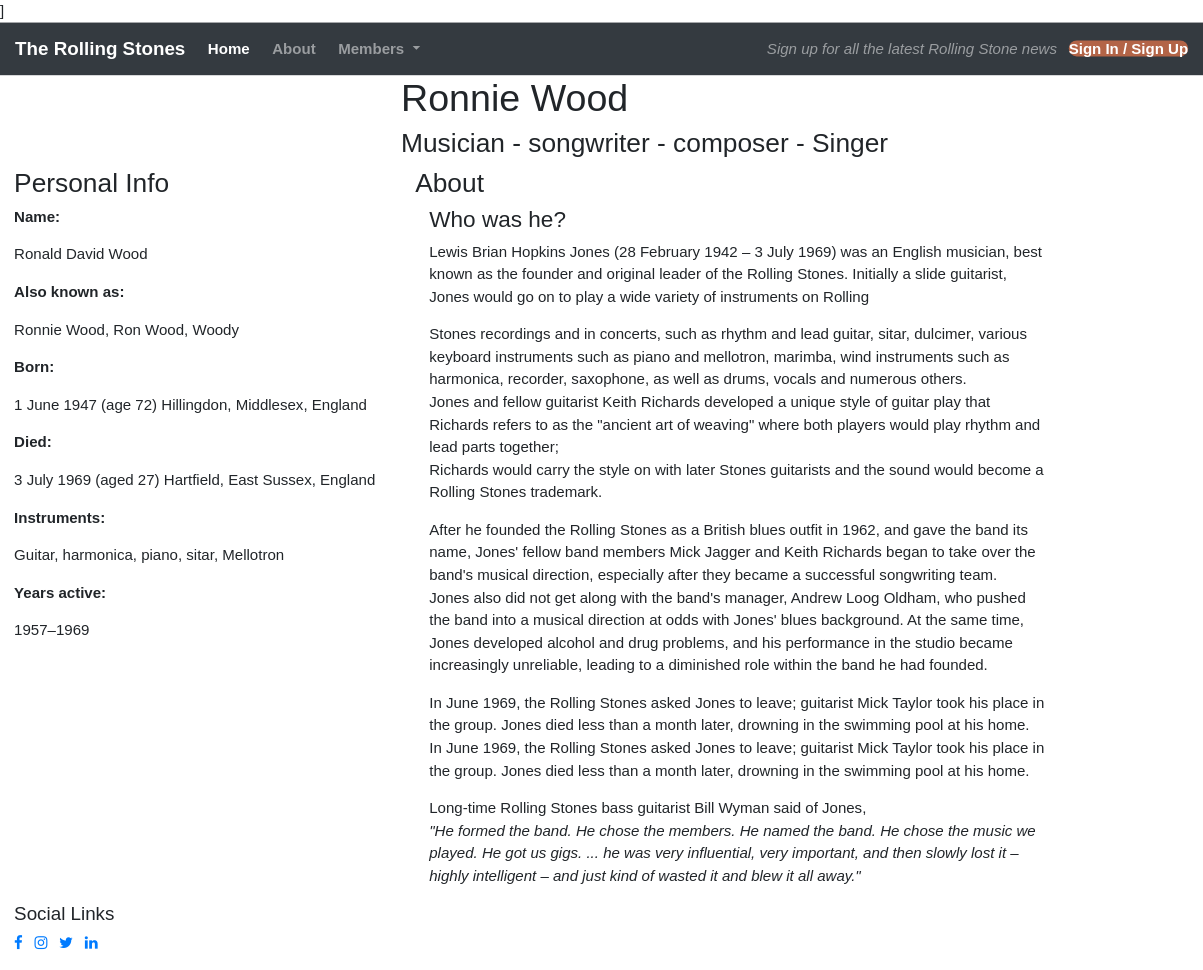
Repository: TecDruid/rolling-stones-fan-site
Page: ronnie-wood.html
The author's editor kept a record of every edit. The page is drawn from the files as they stood at one moment, then again after the next edit.
The browser window is 1280 px wide. The pictures show the whole page, at 94% of full size.
Some web fonts or font styles are not loaded; a fallback is used. Some web libraries are served in a nearby version.

Above is the page before.

### ronnie-wood.html
<!DOCTYPE html>
<html lang="en">

<head>
    <meta charset="utf-8">
    <meta name="viewport" content="width=device-width, initial-scale=1.0">
    <link rel="stylesheet" href="https://maxcdn.bootstrapcdn.com/bootstrap/4.1.3/css/bootstrap.min.css">
    <link rel="stylesheet" href="https://use.fontawesome.com/releases/v5.6.1/css/all.css" integrity="sha384-gfdkjb5BdAXd+lj+gudLWI+BXq4IuLW5IT+brZEZsLFm++aCMlF1V92rMkPaX4PP" crossorigin="anonymous">
    <link rel="stylesheet" href="https://stackpath.bootstrapcdn.com/font-awesome/4.7.0/css/font-awesome.min.css" type="text/css" />
    <link href="https://fonts.googleapis.com/css?family=Stylish" rel="stylesheet">
    <link rel="stylesheet" href="css/style.css" type="text/css" />
    <title>Ronnie Wood</title>
</head>

<body>

    <!----------------------------------------Nav--------------------------------------------->]


    <div class="nav-container"></div>
    <nav class="navbar navbar-dark navbar-expand-sm bg-dark">
        <a href="/" class="navbar-brand">
                    The Rolling Stones</a>

        <button class="navbar-toggler ml-auto" type="button" data-toggle="collapse" data-target="#navbarNavDropdown" aria-controls="navbarNavDropdown" aria-expanded="false" aria-label="Toggle navigation">
        <span class="navbar-toggler-icon"></span></button>

        <div class="collapse navbar-collapse" id="navbarNavDropdown">
            <ul class="navbar-nav mr-auto">
                <li class="active nav-item mr-2"><a class="nav-link" href="/">Home</a></li>
                <li class="nav-item mr-2"><a class="nav-link" href="">About</a></li>
                <li class="nav-item dropdown">
                    <a class="nav-link dropdown-toggle" href="#" id="navbarDropdownMenuLink" role="button" data-toggle="dropdown" aria-haspopup="true" aria-expanded="false">
          Members
        </a>
                    <div class="dropdown-menu" aria-labelledby="navbarDropdownMenuLink">
                        <a class="dropdown-item" href="members/brian-jones.html">Brian Jones</a>
                        <a class="dropdown-item" href="members/mick-jagger.html">Mick Jagger</a>
                        <a class="dropdown-item" href="members/keith-richards.html">Keith Richards</a>
                        <a class="dropdown-item" href="members/bill-wyman.html">Bill Wyman</a>
                        <a class="dropdown-item" href="members/charlie-watts.html">Charlie Watts</a>
                        <a class="dropdown-item" href="members/ronnie-wood.html">Ronnie Wood</a>
                        <a class="dropdown-item" href="members/ian-stewart.html">Ian Stewart</a>
                        <a class="dropdown-item" href="members/mike-taylor.html">Mick Taylor</a>
                    </div>
                </li>

                <li class="nav-item mr-2 d-block d-sm-none"><a class="nav-link" href="">Sign In / Sign Up</a></li>
            </ul>
        </div>
        <div class="d-none d-md-block">
            <p class="navbar-text my-auto mr-2"><i>Sign up for all the latest Rolling Stone news</i></p>
            <a href="/login " class="btn--cta btn--brown">Sign In / Sign Up</a>
        </div>
    </nav>

    <!-- -------------------------- The Header ---------------------------- -->

    <header>
        <div class="row no-gutters">
            <a class="col-md-4 logo" href="index.html"></a>
            <div class="col-md-8">
                <div class="row no-gutters bg-color-name-title">
                    <div class="col heading">
                        <h1 class="name">Ronnie Wood</h1>
                        <h3 class="title"> Musician - songwriter - composer - Singer</h3>
                    </div>
                </div>
            </div>
        </div>
    </header>

    <!-- -------------------------- The Section ---------------------------- -->

    <section class="container-fluid">
        <div class="row">
            <div class="col-md-4 bg-colour-personal-info section-column">
                <div class="row">
                    <div class="col-12">
                        <h3 class="section-heading uppercase">Personal Info</h3>
                    </div>
                </div>
                <div class="personal-info-item">
                    <div class="key">
                        <p class="uppercase">
                            <strong>Name:</strong>
                        </p>
                    </div>
                    <div class="value">
                        <p>
                            Ronald David Wood
                        </p>
                    </div>
                </div>
                <div class="personal-info-item">
                    <div class="key">
                        <p class="uppercase">
                            <strong>Also known as:</strong>
                        </p>
                    </div>
                    <div class="value">
                        <p>
                            Ronnie Wood, Ron Wood, Woody
                        </p>
                    </div>
                </div>
                <div class="personal-info-item">
                    <div class="key">
                        <p class="uppercase">
                            <strong>Born:</strong>
                        </p>
                    </div>
                    <div class="value">
                        <p>
                            1 June 1947 (age 72) Hillingdon, Middlesex, England
                        </p>
                    </div>
                </div>
                <div class="personal-info-item">
                    <div class="key">
                        <p class="uppercase">
                            <strong>Died:</strong>
                        </p>
                    </div>
                    <div class="value">
                        <p>
                            3 July 1969 (aged 27) Hartfield, East Sussex, England
                        </p>
                    </div>
                </div>
                <div class="personal-info-item">
                    <div class="key">
                        <p class="uppercase">
                            <strong>Instruments:</strong>
                        </p>
                    </div>
                    <div class="value">
                        <p>
                            Guitar, harmonica, piano, sitar, Mellotron
                        </p>
                    </div>
                </div>
                <div class="personal-info-item">
                    <div class="key">
                        <p class="uppercase">
                            <strong> Years active:</strong>
                        </p>
                    </div>
                    <div class="value">
                        <p>
                            1957–1969
                        </p>
                    </div>
                </div>
            </div>

            <div class="col-md-8 bg-colour-three-reasons section-column">
                <div class="row">
                    <div class="col">
                        <h3 class="section-heading uppercase">About</h3>
                    </div>
                </div>
                <!-- <div class="row">
                    <div class="col-10 offset-1 offset-sm-0 col-sm-4 col-md-6">
                        <div class="row">
                            <div class="col-2">
                                <i class="three-reasons-icon fa fa-question" aria-hidden="true"></i>
                            </div> -->
                <div class="col-10">
                    <h4 class="three-reasons-heading uppercase">Who was he?</h4>
                    <p>
                        Lewis Brian Hopkins Jones (28 February 1942 – 3 July 1969) was an English musician, best known as the founder and original leader of the Rolling Stones. Initially a slide guitarist, Jones would go on to play a wide variety of instruments on Rolling
                    </p>

                    <p>
                        Stones recordings and in concerts, such as rhythm and lead guitar, sitar, dulcimer, various keyboard instruments such as piano and mellotron, marimba, wind instruments such as harmonica, recorder, saxophone, as well as drums, vocals and numerous others.<br/>                        Jones and fellow guitarist Keith Richards developed a unique style of guitar play that Richards refers to as the "ancient art of weaving" where both players would play rhythm and lead parts together;<br/> Richards would carry the
                        style on with later Stones guitarists and the sound would become a Rolling Stones trademark.
                    </p>
                    <p>
                        After he founded the Rolling Stones as a British blues outfit in 1962, and gave the band its name, Jones' fellow band members Mick Jagger and Keith Richards began to take over the band's musical direction, especially after they became a successful songwriting
                        team.
                        <br/> Jones also did not get along with the band's manager, Andrew Loog Oldham, who pushed the band into a musical direction at odds with Jones' blues background. At the same time, Jones developed alcohol and drug problems, and
                        his performance in the studio became increasingly unreliable, leading to a diminished role within the band he had founded.
                    </p>
                    <p>
                        In June 1969, the Rolling Stones asked Jones to leave; guitarist Mick Taylor took his place in the group. Jones died less than a month later, drowning in the swimming pool at his home. In June 1969, the Rolling Stones asked Jones to leave; guitarist Mick
                        Taylor took his place in the group. Jones died less than a month later, drowning in the swimming pool at his home.
                    </p>
                    <p>Long-time Rolling Stones bass guitarist Bill Wyman said of Jones, <br/><i>"He formed the band. He chose the members. He named the band. He chose the music we played. He got us gigs. ... he was very influential, very important, and then slowly
                        lost it – highly intelligent – and just kind of wasted it and blew it all away."</i>
                    </p>
                </div>
            </div>
        </div>

        </div>
        </div>
        </div>

    </section>

    <!-- -------------------------- The Footer ---------------------------- -->

    <footer class="container-fluid">
        <div id="footer-details" class="row">
            <div class="col-sm-4">
                <h5 class="uppercase general-sub">Social Links</h5>

                <ul class="list-inline social-links">
                    <li class="list-inline-item">
                        <a target="_blank" href="#">
                            <i class="fa fa-facebook" aria-hidden="true"></i>
                            <span class="sr-only">Facebook</span>
                        </a>
                    </li>
                    <li class="list-inline-item">
                        <a target="_blank" href="#">
                            <i class="fa fa-instagram" aria-hidden="true"></i>
                            <span class="sr-only">Instagram</span>
                            </a>
                    </li>

                    <li class="list-inline-item">
                        <a target="_blank" href="#">
                            <i class="fa fa-twitter" aria-hidden="true"></i>
                            <span class="sr-only">Twitter</span>
                            </a>
                    </li>
                    <li class="list-inline-item">
                        <a target="_blank" href="#">
                            <i class="fa fa-linkedin" aria-hidden="true"></i>
                            <span class="sr-only">LinkedIn</span>
                        </a>
                    </li>
                </ul>

            </div>
        </div>
    </footer>
</body>

</html>

### css/style.css
body {
    font-family: 'Stylish', sans-serif;
}

/* Containers */

.nav-container {
    position: absolute;
    top: 0;
    right: 0;
    margin-left: 0;
    margin-right: 0;
    z-index: 1;

}

.navbar .navbar-brand {
    font-weight: bold;
}

.navbar .navbar-nav a {
    font-weight: bold;
}

.navbar-toggler {
    border-width: 0;
}

.alert-warning {
    padding-left: 10;
    padding-right: 0;
    color: #fff;
    background-color: #c9572b;
}

.alert {
    margin-bottom: 0;
    border-width: 0;
    border-radius: 0;
}

.callout-container {
    height: 100vh;

    background: url('../img/the-rolling-stones-bg.jpg') no-repeat bottom right fixed;
    -webkit-background-size: cover;
    -moz-background-size: cover;
    -o-background-size: cover;
    background-size: cover;

    display: flex;
    align-items: center;
    justify-content: center;

    position: relative;
}

.callout2-container {
    height: 100vh;

    background: url('../img/the-rolling-stones-bg2.jpg') no-repeat bottom right fixed;
    -webkit-background-size: cover;
    -moz-background-size: cover;
    -o-background-size: cover;
    background-size: cover;

    display: flex;
    align-items: center;
    justify-content: center;

    position: relative;
}

.opaque-overlay {
    position: absolute;
    top: 0;
    left: 0;
    height: 100%;
    width: 100%;
    background-color: rgba(0, 0, 0, 0.5);
}

.features-container {
    background-color: #c9572b;
}

/* Block dividers */

.block-divider {
    width: 175px;
    height: 5px;
    border: 0;
    background-color: #444;
}

.block-divider--orange {
    background-color: #f88f10;
}

.block-divider--short {
    width: 35px;
}

/* Jumbotron */

.jumbotron {
    background-color: transparent;
}

.jumbotron h1 {
    color: white;
    font-weight: bold;
    margin-bottom: 30px;
    color: white;
}

.jumbotron .lead {
    color: #a7a7a7;
    margin: 25px 0;
}

.jumbotron small {
    font-size: 60%;
    font-style: italic;
    color: #d0d0d0;
}

/* Buttons */

.btn--cta {
    font-weight: bold;
    border-radius: 23px;
    width: 160px;
}

.btn--brown {
    color: white;
    background-color: #b36447;
    border-color: #b36447;
}

.btn--brown:hover,
.btn--brown:active,
.btn--brown:focus,
.btn--brown:active:focus {
    background-color: #df4929;
    border-color: #df4929;
    color: white;
}

After the next edit:
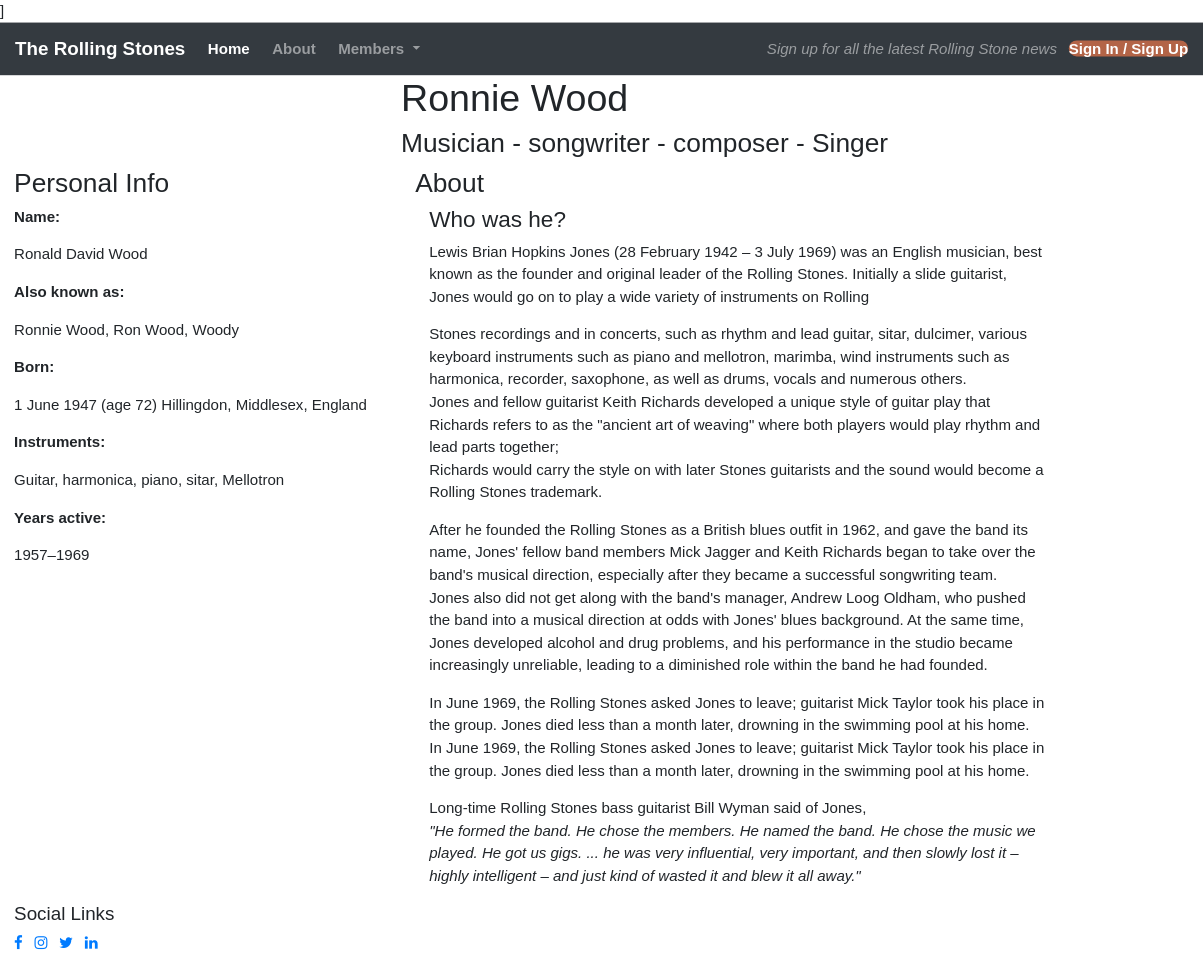
The edit:
--- a/ronnie-wood.html
+++ b/ronnie-wood.html
@@ -119,18 +119,6 @@
                 <div class="personal-info-item">
                     <div class="key">
                         <p class="uppercase">
-                            <strong>Died:</strong>
-                        </p>
-                    </div>
-                    <div class="value">
-                        <p>
-                            3 July 1969 (aged 27) Hartfield, East Sussex, England
-                        </p>
-                    </div>
-                </div>
-                <div class="personal-info-item">
-                    <div class="key">
-                        <p class="uppercase">
                             <strong>Instruments:</strong>
                         </p>
                     </div>
